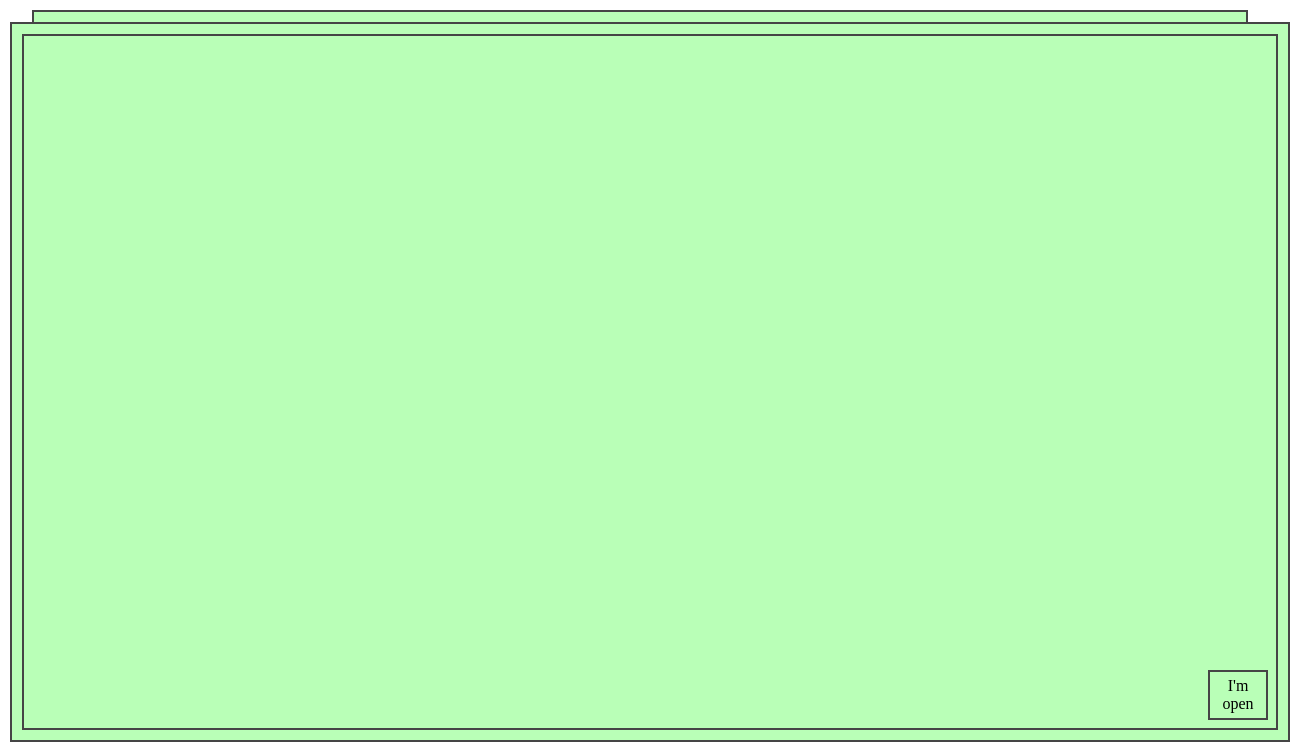
Repository: tannerbroberts/tannerbroberts.github.io
Page: /
These files come from the project's save history. The page is drawn as it stood at one moment and after the next save; the edit follows.
The browser window is 1280 px wide. The page is 1290 px wide, then 1280 px, then 1290 px, so the pictures cover 1290 px, including what lies to the right of the window. The pictures show the whole page.
The project was rebuilt for these pictures with package versions that can differ from the ones it lists, and the page was loaded fresh each time. Also part of the build but not shown: vite.config.ts.

Above is the page before, as saved 2022-10-04 10:11:59.

### src/index.js
import React from "react"
import ReactDOM from "react-dom/client"
import App from "./App"
import ATP_ContextProvider from "./providers/ATP_Context"

const root = ReactDOM.createRoot(document.getElementById("root"))
root.render(
	<React.StrictMode>
		<ATP_ContextProvider>
			<React.StrictMode>
				<App />
			</React.StrictMode>
		</ATP_ContextProvider>
	</React.StrictMode>
)

### src/App.js
import React from "react"
import { cssHelper } from "./api/cssHelper"
import Main from "./components/Main"
import Shelf from "./components/Shelf"

function App() {
	const AppCSS = {
		...cssHelper,
		height: "95vh",
		width: "95vw",
		marginTop: "10px",
		display: "flex",
	}

	return (
		<div style={AppCSS}>
			<Main />
			<Shelf />
		</div>
	)
}

export default App

### src/providers/ATP_Context.js
/* eslint-disable react/prop-types */
import React, { useContext, useReducer, createContext } from "react"
import ATP_Reducer, { initialState } from "./ATP_Reducer"

export const ATP_StateContext = createContext()
export const ATP_DispatchContext = createContext()

export default function ATP_ContextProvider({ children }) {
	const [state, dispatch] = useReducer(ATP_Reducer, initialState)

	return (
		<ATP_StateContext.Provider value={state}>
			<ATP_DispatchContext.Provider value={dispatch}>
				{children}
			</ATP_DispatchContext.Provider>
		</ATP_StateContext.Provider>
	)
}

export const useATP_StateContext = () => useContext(ATP_StateContext)
export const useATP_DispatchContext = () =>
	useContext(ATP_DispatchContext)

### src/api/cssHelper.js
export const cssHelper = {
	boxSizing: "border-box",

	height: "100%",
	width: "100%",
	// border: "2px solid black",
	margin: "auto",
	padding: "10px",
	gap: "10px",
	display: "grid",
	// gridTemplateRows / gridTemplateColumns
	gridTemplate: "1fr / 1fr",
	backgroundColor: "rgb(185, 255, 183)",
	border: "2px solid rgb(69, 69, 69)",
}

export const mainColor = {
	backgroundColor: "blue",
}

### src/components/Shelf/index.js
export { default } from "./Shelf"

### src/providers/ATP_Reducer.js
export const initialState = {
	mainStack: [
		/* main frames */
		{ frameType: "", value: "" },
	],
	shelf: {
		/* directly corresponds to the main frame */
	},
	shelfOpen: true,
	library: [
		/* All items live here. Eventually, they're going to be returned from the server */
	],
	filters: [
		/* object list of matchers
		{complexVariableMatcher: criteria list}
		{nameContains: STRING},
		{containsVariable: VARIABLE_ID},
		{color: COLOR},
		{pattern: PATTERN},
		{owner: USER_ID},
		{createdBy: DATE},
		{length: TIME_LENGTH},
		{pattern: PATTERN},
		*/
	],
}

function loadFrame(state, action) {
	const stack = state.mainFrame
	stack.push(action.value)
	return { ...state, mainFrame: stack }
}

function closeFrame(state) {
	const stack = state.mainFrame
	stack.pop()
	return { ...state, mainFrame: stack }
}

function toggleShelf(state) {
	return { ...state, shelfOpen: !state?.shelfOpen }
}

const dispatchDictionary = {
	LOAD_FRAME: loadFrame,
	CLOSE_FRAME: closeFrame,
	TOGGLE_SHELF: toggleShelf,
}

export default function ATP_Reducer(state, action) {
	console.log('calling a reducer function now')
	if (action.type && dispatchDictionary[action.type])
		return dispatchDictionary[action.type](state, action)
}

### src/components/Main/Main.js
import React from "react"
import { cssHelper } from "../../api/cssHelper"

const MainCSS = {
	...cssHelper,
	width: "100%",
}

export default function Main() {
	return <div style={MainCSS} />
}

### src/components/Shelf/Shelf.js
/* eslint-disable react/prop-types */
import React from "react"
import { cssHelper } from "../../api/cssHelper"
import ShelfToggle from "./ShelfToggle"
import { useATP_StateContext } from "../../providers/ATP_Context"

const shelfContentCSS = (openStatus) => {
	const obj = { ...cssHelper }
	openStatus ? '' : (obj.display = "none")

	return obj
}

const shelfCSS = (openStatus) => {
	const obj = { ...cssHelper, position: "absolute" }
	openStatus ? obj.left = "10px" : (obj.left = "-1000px")

	return obj
}

export default function Shelf() {
	const { shelfOpen } = useATP_StateContext()

	return (
		<div style={shelfCSS(shelfOpen)}>
			<div style={shelfContentCSS(shelfOpen)}></div> {/** content area */}
			<ShelfToggle />
		</div>
	)
}

### src/components/Shelf/ShelfToggle/index.js
export { default } from './ShelfToggle'

### src/components/Shelf/ShelfToggle/ShelfToggle.js
/* eslint-disable react/prop-types */
import React from "react"
import { useATP_StateContext } from "../../../providers/ATP_Context"
import { useATP_DispatchContext } from "../../../providers/ATP_Context"
import { cssHelper } from '../../../api/cssHelper'

export default function ShelfToggle() {
	const state = useATP_StateContext()
	const dispatch = useATP_DispatchContext()

	const shelfToggleCSS = {
		...cssHelper,
		position: "absolute",
		bottom: "20px",
		right: "20px",
		height: "50px",
		width: "60px",
		padding: "5px",
		textAlign: "center",
	}

	return (
		<div
			style={shelfToggleCSS}
			onClick={() => dispatch({ type: "TOGGLE_SHELF" })}
		>
			{state?.shelfOpen ? "I'm open" : "I'm closed"}
		</div>
	)
}

Loaded but not shown: public/index.html (common file); src/components/Main/index.js (common file)

After the next save:
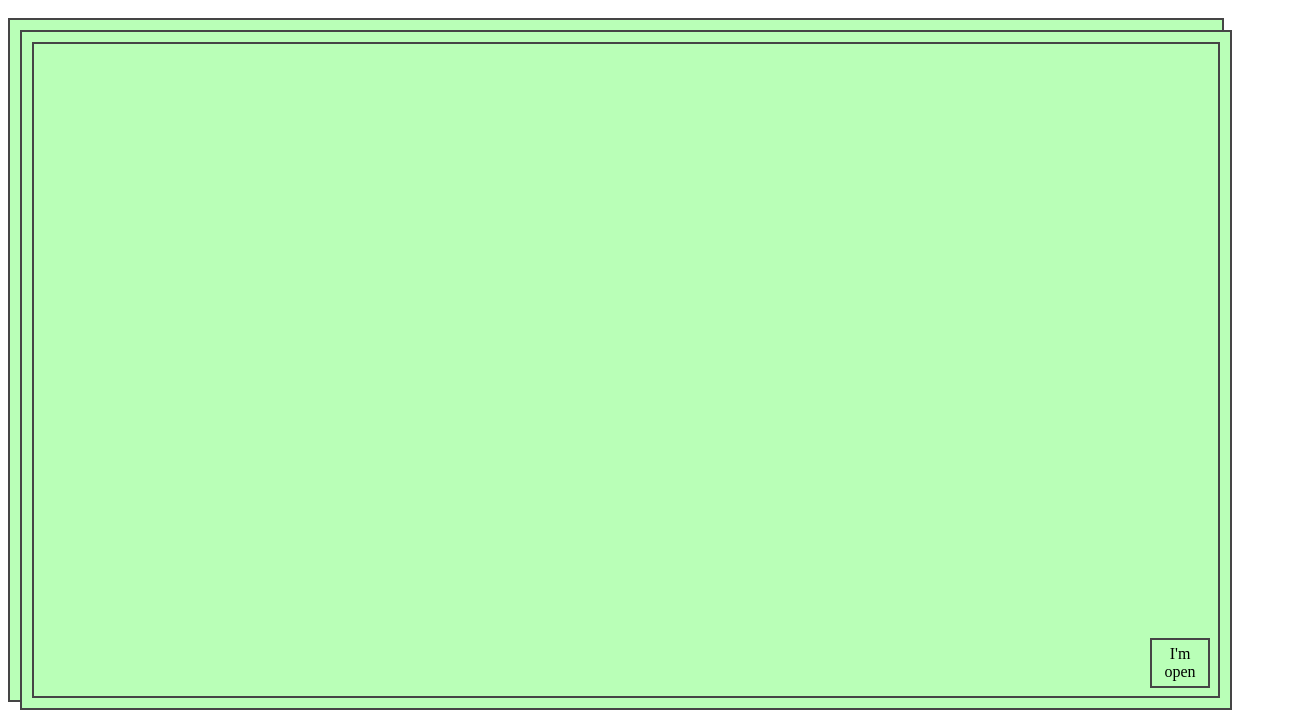
Saved 37 s later.
--- a/src/App.js
+++ b/src/App.js
@@ -10,6 +10,7 @@
 		width: "95vw",
 		marginTop: "10px",
 		display: "flex",
+		position: "absolute"
 	}
 
 	return (

After the save that followed:
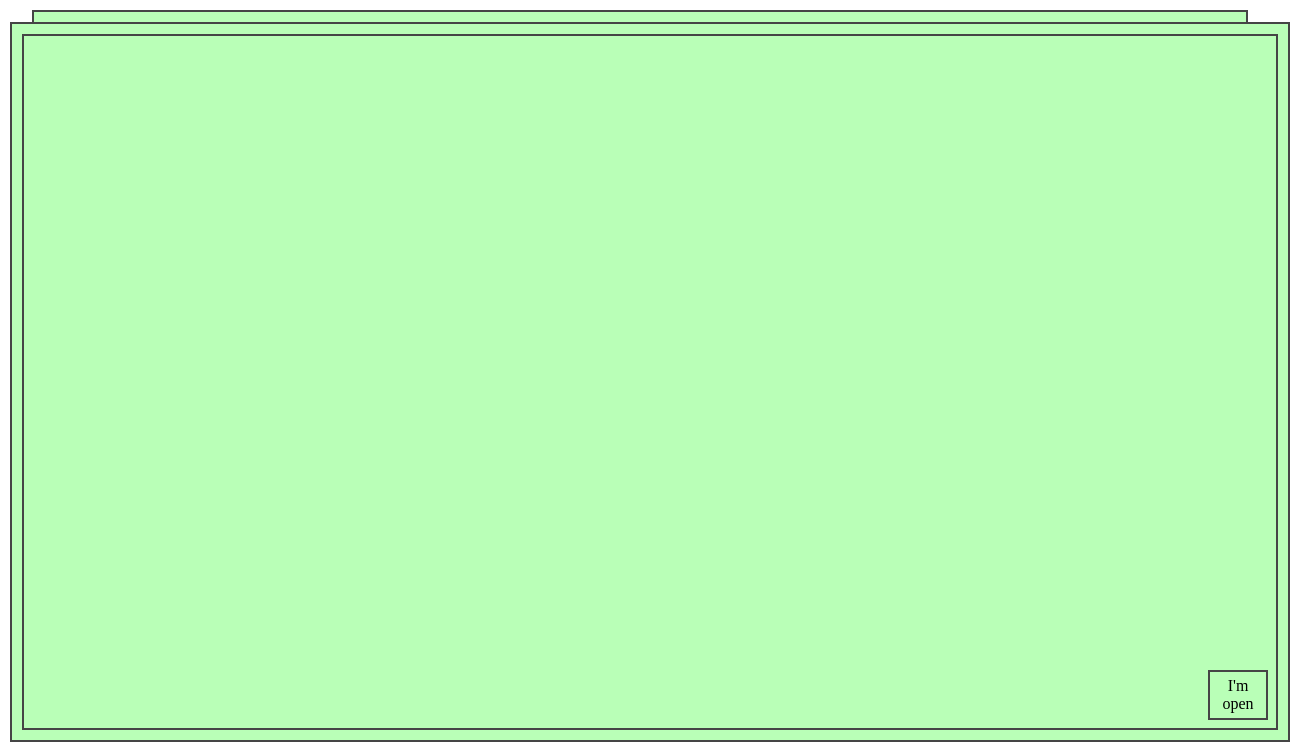
Saved 75 s later.
--- a/src/App.js
+++ b/src/App.js
@@ -10,7 +10,6 @@
 		width: "95vw",
 		marginTop: "10px",
 		display: "flex",
-		position: "absolute"
 	}
 
 	return (
